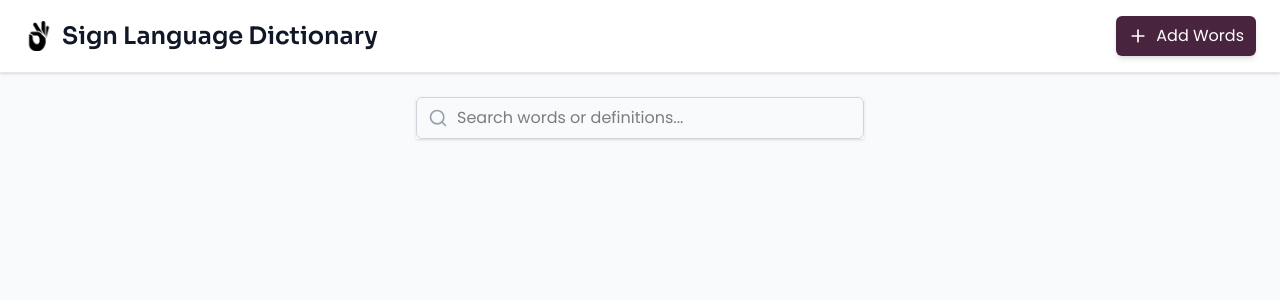
Repository: jabir12-12/sign-setu
Page: /
The author's editor kept a copy of each file at every save. The page is drawn from the files as they stood at one save, then again after the next save.
The browser window is 1280 px wide. The pictures show the whole page.
The project was rebuilt for these pictures with package versions that can differ from the ones it lists, and the page was loaded fresh each time. The framework's server and built-in components were replaced by stand-ins that run in the browser. Also part of the build but not shown: next.config.ts.

Above is the page before, as saved 2025-05-27 16:22:50.

### app/page.tsx
'use client';
import React from 'react';
import Image from 'next/image';
import { Plus, Search } from 'lucide-react';

export default function StockDashboard() {
  return (
    <div className="bg-gray-50 min-h-screen flex flex-col">
      {/* Header */}
      <header className="sticky top-0 z-10 flex flex-wrap justify-between items-center px-4 md:px-6 py-3 md:py-4 bg-white border-b border-gray-200 shadow-sm">
        {/* Left: Logo & Title */}
        <div className="flex items-center space-x-2 mb-2 md:mb-0 justify-center">
          <Image
            src="/images/ok.png"
            alt="Logo icon"
            width={30}
            height={30}
          />
          <h1 className="text-gray-900 font-semibold text-lg md:text-2xl whitespace-nowrap">
            Sign Language Dictionary
          </h1>
        </div>

        {/* Right: Add Button */}
        <div className="flex items-center gap-2">
          <button className="bg-[#49243E] text-white px-3 py-2 rounded-full md:rounded-md flex items-center justify-center hover:bg-[#704264] transition-colors duration-200 shadow-md hover:shadow-md">
            <Plus className="w-5 h-5" />
            <span className="hidden md:inline ml-2">Add Words</span>
          </button>
        </div>
      </header>

      {/* Centered Search Bar */}
      <div className="flex justify-center mt-6 px-4 ">
        <div className="relative w-full max-w-md shadow-sm">
          <span className="absolute inset-y-0 left-0 pl-3 flex items-center text-gray-400">
            <Search className="w-5 h-5" />
          </span>
          <input
            type="text"
            placeholder="Search words or definitions..."
            className="w-full pl-10 pr-4 py-2 border border-gray-300 rounded-md focus:outline-none focus:ring-2 focus:ring-[#BB8493] focus:border-[#BB8493] hover:border-gray-400 transition-all duration-200"
          />
        </div>
      </div>
    </div>
  );
}

### app/globals.css
@import url('https://fonts.googleapis.com/css2?family=Poppins:wght@400;500;600&family=Inter:wght@400;500;600&family=Sora:wght@400;500;600;700;800&display=swap');
@import url('https://fonts.googleapis.com/css2?family=Inter:wght@400;700&display=swap');

@import "tailwindcss";

body {
  background-color: #f7f8fb;
  margin: 0;
  padding: 0;
  font-family: 'Poppins', sans-serif;
  justify-content: center;
  align-items: center;
  height: 100vh;
}

.video-js .vjs-playback-rate {
  font-size: 10px;
  transform: translateY(12px);
  /* Moves the button down by 10px */

}

.heading .head {
  font-family: 'Sora', sans-serif;
  font-size: 24px;
  /* Example size */
  font-weight: 700;
}

/* Example for other headings if needed */
h1,
h2,
h3,
h4,
h5,
h6 {
  font-family: 'Sora', sans-serif;
}

h3 {
  font-size: 18px;
  font-weight: 600;
}

/* Ensure that other text elements use Poppins */
p,
span,
div {
  font-family: 'Poppins', sans-serif;
}

.button {
  outline: none;
}

/* Custom scrollbar styles */

::-webkit-scrollbar {
  width: 7px;
  height: 7px;
}

::-webkit-scrollbar-thumb {
  background-color: rgba(234, 236, 240, 1);
  ;

  border-radius: 100px;
}

::-webkit-scrollbar-track {
  background: "white";

}

/* THIS IS FOR TEXT-EDITOR IN DISSCUSSION TAB --------------------------*/
.custom-quill .ql-container {
  border: none !important;
  /* Remove the border from the container */
}

.custom-quill .ql-editor {
  border: none !important;
  /* Ensure no border around the editor */
}

.custom-quill:focus {
  outline: none;
  /* Remove outline on focus */
}

.custom-quill .ql-editor {
  font-size: 16px;
  /* Set text size to 16px */
  font-family: 'Poppins', sans-serif;
  font-style: normal;
  /* Use the Poppins font */

}

.custom-quill .ql-editor:empty::before {

  /* Show placeholder */
  color: #667085;
  /* Placeholder color */
  font-family: 'Poppins', sans-serif;
  font-style: normal;
  /* Poppins font for placeholder */
  font-size: 16px;
  /* Placeholder size */
  position: absolute;
  /* Position it absolutely */
  left: 10px;
  /* Adjust according to your padding */
  top: 10px;
  /* Adjust according to your padding */
  pointer-events: none;
  /* Prevent interaction */
}

.custom-quill .ql-editor:focus::before {
  display: none;
  /* Hide placeholder on focus */
}

/* -------------------------------------------------- */
/* FOR TOOLTIP FOR TEST PAGE ONLY ->learn Tab */


.tooltipText {
  position: absolute;
  color: white;
  bottom: 125%;
  /* Position above the button */
  left: 50%;
  /* Center horizontally */
  transform: translateX(-50%);
  /* Adjust to center the tooltip */

  z-index: 3;
  background-color: #131313;
  box-shadow: 0 5px 10px rgba(0, 0, 0, 0.3);
  padding: 6px 14px;
  /* Padding inside the tooltip */
  width: 204px;
  /* Fixed width */
  height: auto;
  /* Hug content (height grows with content) */
  min-height: 78px;
  /* Minimum height */
  font-size: 15px;
  font-weight: 400;
  border-radius: 5px;
  white-space: normal;
  /* Allow text wrapping for longer content */
  opacity: 0;
  pointer-events: none;
  transition: all 0.4s ease;
}

.tooltip:hover .tooltipText {
  opacity: 1;
  pointer-events: auto;
  transform: translate(-50%, -10px);
  /* Move tooltip slightly up on hover */
}

.drawer-overlay {
  background-color: transparent !important;
  /* Makes the overlay transparent */
}

/* magic.module.css */
.customCheckbox input[type="checkbox"]:checked {
  background-color: #9012FF;
  border-color: #9012FF;
}

/* Add this to your global CSS file */
.ql-container .ql-editor img {
  cursor: pointer;
}

.image-resizer {
  border: 1px dashed #999;
  position: absolute;
}

.image-resizer .resize-handle {
  background-color: #fff;
  border: 1px solid #999;
  height: 8px;
  width: 8px;
  position: absolute;
}

.image-resizer .resize-handle.se {
  bottom: -5px;
  right: -5px;
  cursor: se-resize;
}

.image-resizer .resize-handle.sw {
  bottom: -5px;
  left: -5px;
  cursor: sw-resize;
}

.image-resizer .resize-handle.ne {
  top: -5px;
  right: -5px;
  cursor: ne-resize;
}

.image-resizer .resize-handle.nw {
  top: -5px;
  left: -5px;
  cursor: nw-resize;
}


@layer base {
  :root {
    --radius: 0.5rem;
    --chart-1: 12 76% 61%;
    --chart-2: 173 58% 39%;
    --chart-3: 197 37% 24%;
    --chart-4: 43 74% 66%;
    --chart-5: 27 87% 67%;
  }

  .dark {
    --chart-1: 220 70% 50%;
    --chart-2: 160 60% 45%;
    --chart-3: 30 80% 55%;
    --chart-4: 280 65% 60%;
    --chart-5: 340 75% 55%;
  }
}

Loaded but not shown: app/layout.tsx (common file)

After the next save:
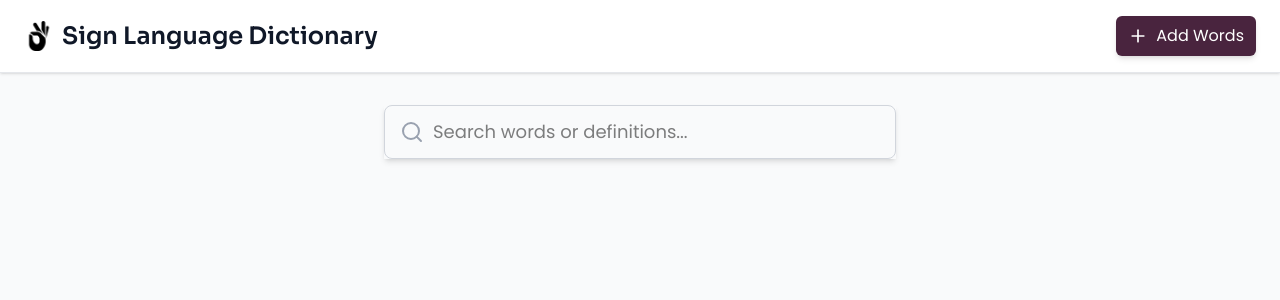
Saved 52 s later.
--- a/app/page.tsx
+++ b/app/page.tsx
@@ -31,18 +31,19 @@ export default function StockDashboard() {
       </header>
 
       {/* Centered Search Bar */}
-      <div className="flex justify-center mt-6 px-4 ">
-        <div className="relative w-full max-w-md shadow-sm">
-          <span className="absolute inset-y-0 left-0 pl-3 flex items-center text-gray-400">
-            <Search className="w-5 h-5" />
+      <div className="flex justify-center mt-8 px-4">
+        <div className="relative w-full max-w-lg shadow-md">
+          <span className="absolute inset-y-0 left-0 pl-4 flex items-center text-gray-400">
+            <Search className="w-6 h-6" /> {/* Bigger icon */}
           </span>
           <input
             type="text"
             placeholder="Search words or definitions..."
-            className="w-full pl-10 pr-4 py-2 border border-gray-300 rounded-md focus:outline-none focus:ring-2 focus:ring-[#BB8493] focus:border-[#BB8493] hover:border-gray-400 transition-all duration-200"
+            className="w-full pl-12 pr-5 py-3 text-lg border border-gray-300 rounded-lg focus:outline-none focus:ring-2 focus:ring-[#BB8493] focus:border-[#BB8493] hover:border-gray-400 transition-all duration-200"
           />
         </div>
       </div>
+
     </div>
   );
 }
